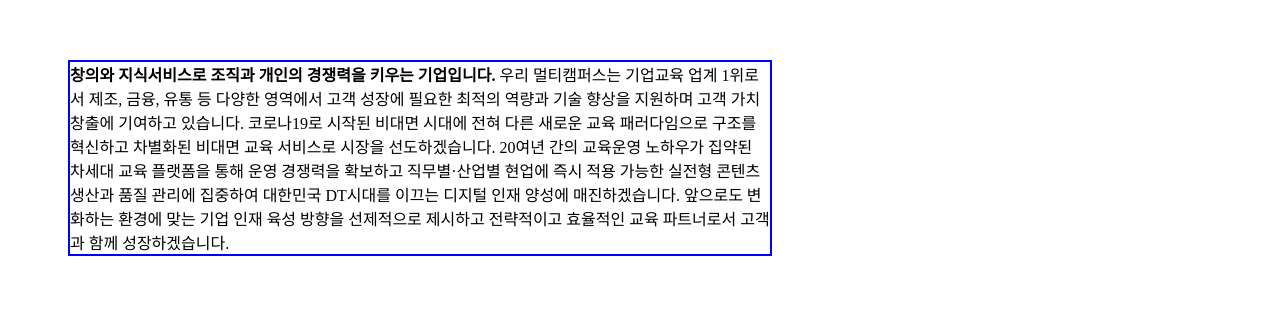
Repository: zmfhd1/Web
Page: boardtest/WebContent/WEB-INF/relative.html
The author's editor kept a copy of each file at every save. The page is drawn from the files as they stood at one save, then again after the next save.
The browser window is 1280 px wide. The pictures show the whole page.

Above is the page before, as saved 2021-08-23 00:55:14.

### boardtest/WebContent/WEB-INF/relative.html
<!DOCTYPE html>
<head>
  <meta charset="UTF-8">
  <title>Document</title>
  <style type="text/css">
  .content{
  border : 2px solid blue;
  width : 700px;
  margin: 40px;
   position : relative;
  top : 20px;
  left : 20px;

  }
  </style>
</head>

<body>
    <div class="content">
      <div class="text">
        <b>창의와 지식서비스로 조직과 개인의 경쟁력을 키우는 기업입니다.</b>
        우리 멀티캠퍼스는 기업교육 업계 1위로서 제조, 금융, 유통 등 다양한 영역에서 고객 성장에 필요한 최적의 역량과 기술 향상을 지원하며 고객 가치 창출에 기여하고 있습니다.
	코로나19로 시작된 비대면 시대에 전혀 다른 새로운 교육 패러다임으로 구조를 혁신하고 차별화된 비대면 교육 서비스로 시장을 선도하겠습니다.
	20여년 간의 교육운영 노하우가 집약된 차세대 교육 플랫폼을 통해 운영 경쟁력을 확보하고 직무별·산업별 현업에 즉시 적용 가능한 실전형 콘텐츠 생산과 품질 관리에 집중하여 대한민국 DT시대를 이끄는 디지털 인재 양성에 매진하겠습니다.
	앞으로도 변화하는 환경에 맞는 기업 인재 육성 방향을 선제적으로 제시하고 전략적이고 효율적인 교육 파트너로서 고객과 함께 성장하겠습니다.
      </div>
    </div>
</body>
</html>

After the next save:
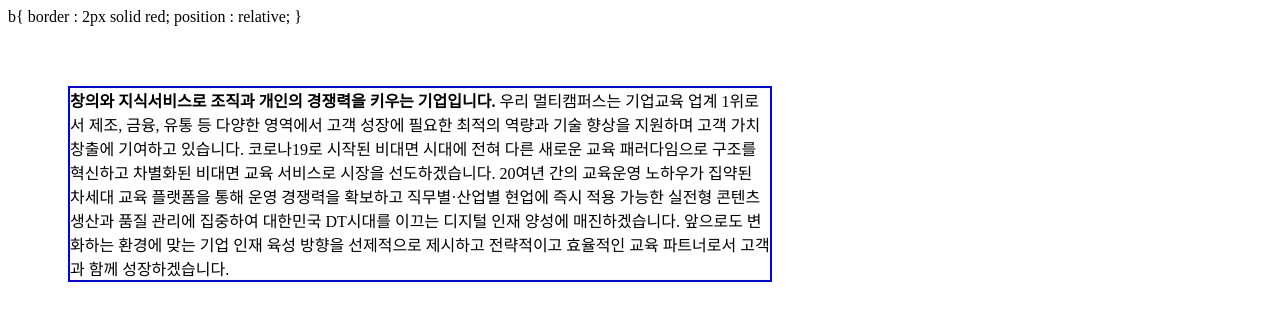
Saved 3 min 34 s later.
--- a/boardtest/WebContent/WEB-INF/relative.html
+++ b/boardtest/WebContent/WEB-INF/relative.html
@@ -13,6 +13,13 @@
 
   }
   </style>
+  b{
+  border : 2px solid red;
+  position : relative;
+  }
+
+
+
 </head>
 
 <body>
